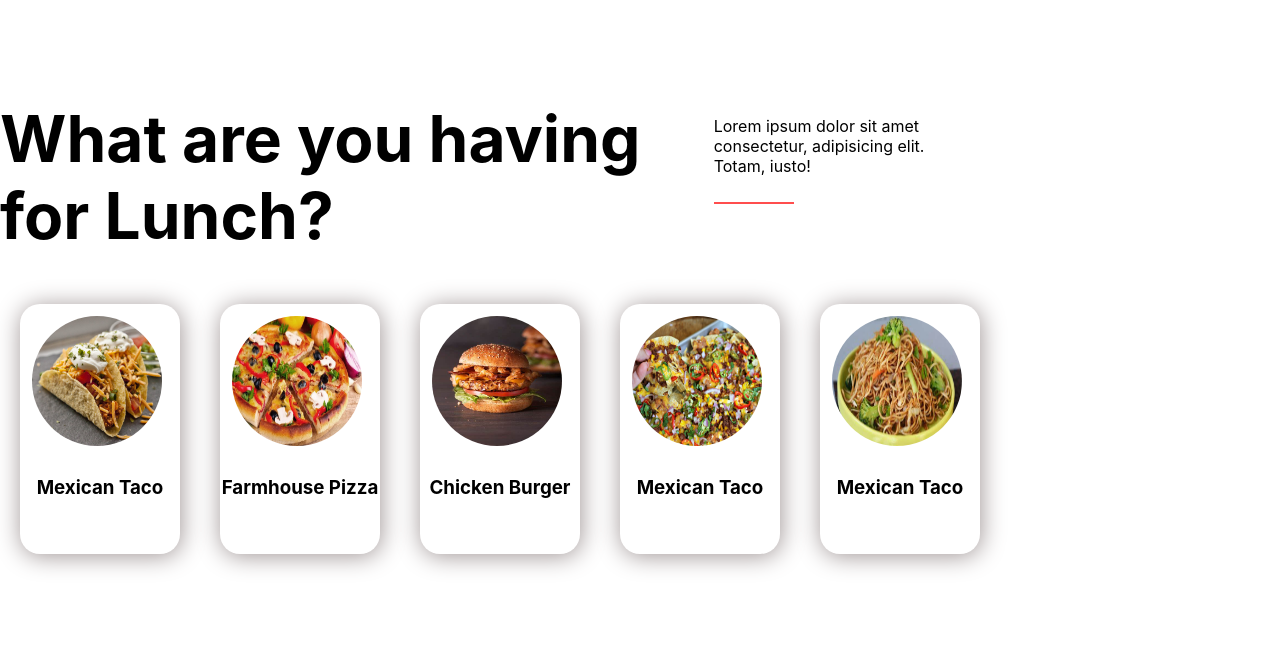
Repository: Marlstergo/assignment2
Page: /
An editor plug-in stored every save of this project. The page is shown before and after the next save, followed by the edit.
The browser window is 1280 px wide. The pictures show the whole page.
The project was rebuilt for these pictures with package versions that can differ from the ones it lists, and the page was loaded fresh each time.

Above is the page before, as saved 2021-07-27 15:31:33.

After the next save:
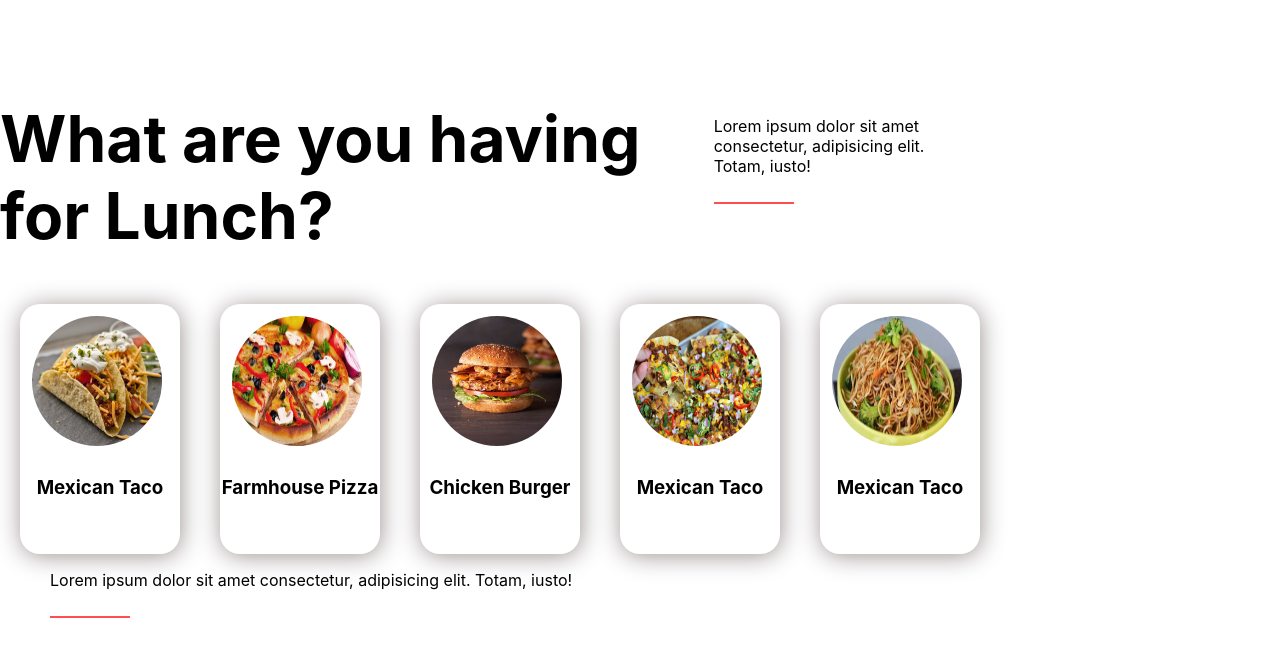
Saved 2 min 17 s later.
--- a/src/App.js
+++ b/src/App.js
@@ -101,6 +101,15 @@ function App() {
               </div>
             </div>
           </div>
+          <div className="footerparagraph">
+            <div className="paragraph">
+              <p className="">
+                Lorem ipsum dolor sit amet consectetur, adipisicing elit. Totam,
+                iusto!
+              </p>
+              <div className="divider" />
+            </div>
+          </div>
         </div>
       </div>
     </div>
